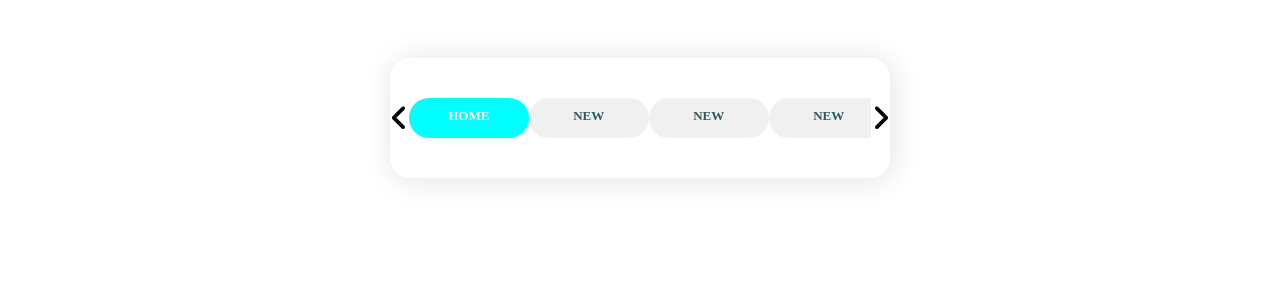
Repository: KHANHD192/JS_evondev
Page: eondev/tab_scroll/index.html
The author's editor kept a copy of each file at every save. The page is drawn from the files as they stood at one save, then again after the next save.
The browser window is 1280 px wide. The pictures show the whole page.

Above is the page before, as saved 2023-05-30 21:11:25.

After the next save:
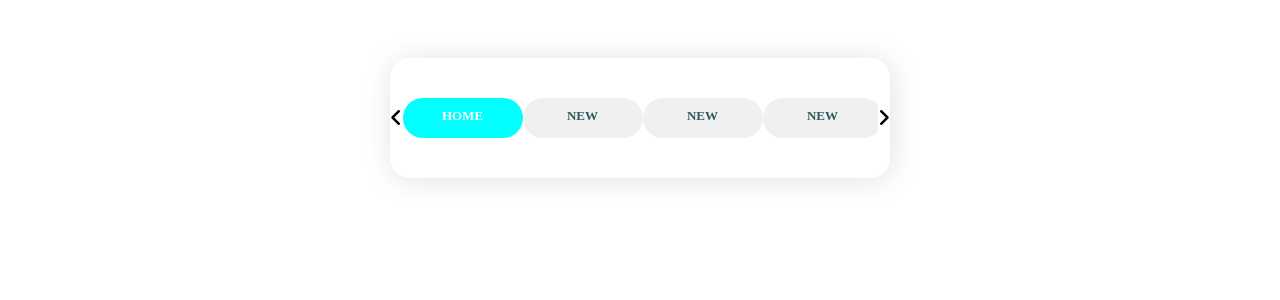
Saved 4 s later.
--- a/eondev/tab_scroll/index.html
+++ b/eondev/tab_scroll/index.html
@@ -60,7 +60,7 @@
          display: none;
 }
  .fa-solid{
-  font-size: 3rem;
+  font-size: 2rem;
  }
        .tab-item{
         user-select: none;
